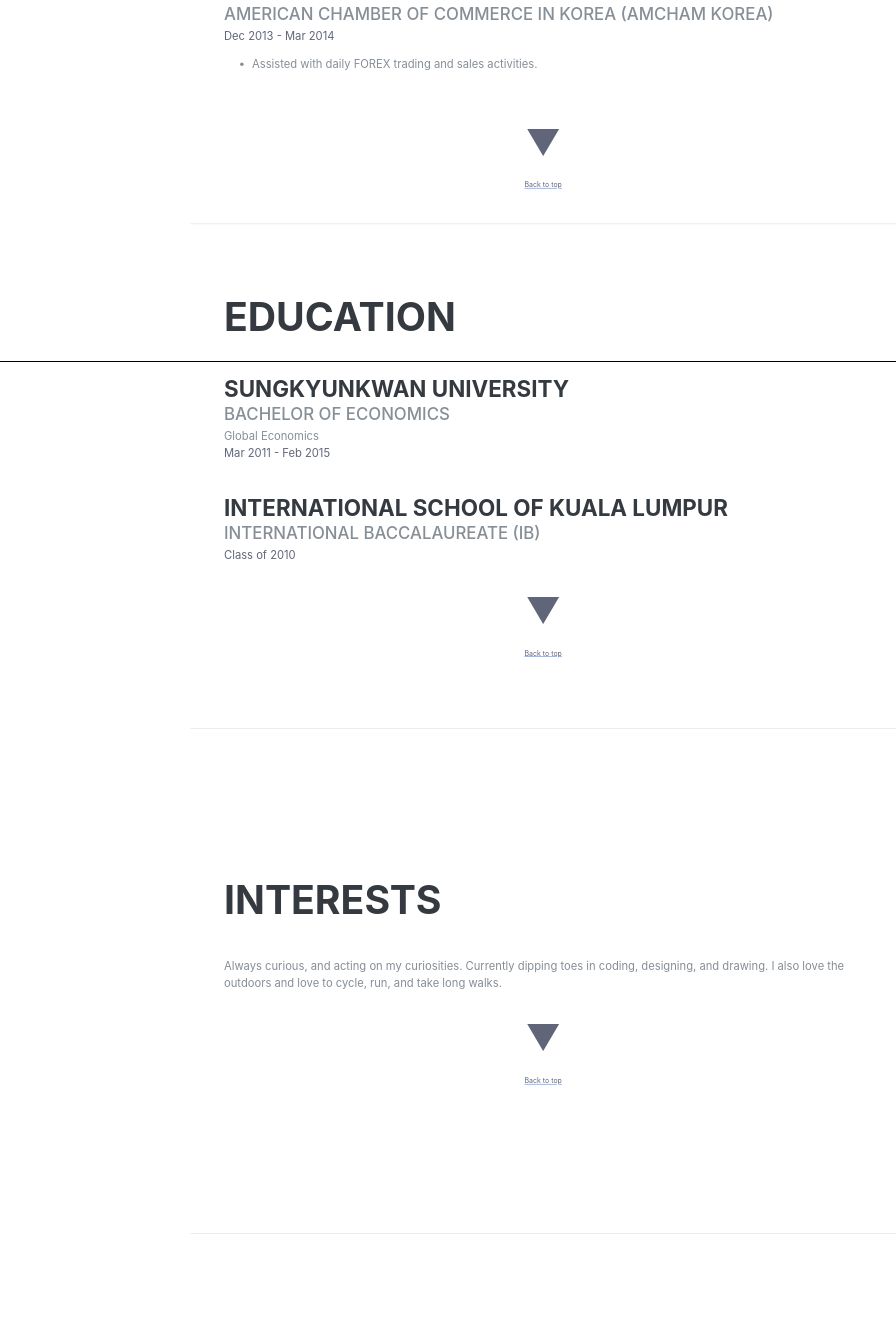
Repository: whitethugcat/whitethugcat.github.io
Page: class/resume-practice/yoojin-resume.html
The author's editor kept a record of every edit. The page is drawn from the files as they stood at one moment, then again after the next edit.
The browser window is 1280 px wide. The pictures show the part of the page from y = 2389 to 4309 px (the page is 4952 px tall before and 4932 px after), at 70% of full size.
Some web fonts or font styles are not loaded; a fallback is used.

Above is the page before.

### class/resume-practice/yoojin-resume.html
<!DOCTYPE html>
<html lang="en">

<head>

  <meta charset="utf-8">
  <meta name="viewport" content="width=device-width, initial-scale=1, shrink-to-fit=no">
  <meta name="description" content="">
  <meta name="author" content="">

  <title>Yoojin J&#129346;</title>

  <!-- Bootstrap core CSS -->
  <link href="vendor/bootstrap/css/bootstrap.css" rel="stylesheet">

  <!-- Custom fonts for this template -->
  <link href="https://fonts.googleapis.com/css?family=Saira+Extra+Condensed:500,700" rel="stylesheet">
  <link href="https://fonts.googleapis.com/css?family=Muli:400,400i,800,800i" rel="stylesheet">
  <link href="vendor/fontawesome-free/css/all.css" rel="stylesheet">

  <!-- Custom styles for this template -->
  <link href="css/resume.css" rel="stylesheet">

</head>

<body id="page-top">

  <nav class="navbar navbar-expand-lg navbar-dark bg-primary fixed-top" id="sideNav">
    <a class="navbar-brand js-scroll-trigger" href="#page-top">
      <span class="d-block d-lg-none">Yoojin Jeong &#129346;</span>
      <span class="d-none d-lg-block">
        <img class="img-fluid img-profile rounded-circle mx-auto mb-2" src="img/yj-profile.png" alt="">
      </span>
    </a>
    <button class="navbar-toggler" type="button" data-toggle="collapse" data-target="#navbarSupportedContent" aria-controls="navbarSupportedContent" aria-expanded="false" aria-label="Toggle navigation">
      <span class="navbar-toggler-icon"></span>
    </button>
    <div class="collapse navbar-collapse" id="navbarSupportedContent">
      <ul class="navbar-nav">
        <li class="nav-item">
          <a class="nav-link js-scroll-trigger" href="#about">About</a>
        </li>
        <li class="nav-item">
          <a class="nav-link js-scroll-trigger" href="#experience">Experience</a>
        </li>
        <li class="nav-item">
          <a class="nav-link js-scroll-trigger" href="#education">Education</a>
        </li>
        <li class="nav-item">
          <a class="nav-link js-scroll-trigger" href="#skills">Skills</a>
        </li>
        <li class="nav-item">
          <a class="nav-link js-scroll-trigger" href="#interests">Interests</a>
        </li>
        <li class="nav-item">
          <a class="nav-link js-scroll-trigger" href="#awards">Awards</a>
        </li>
      </ul>
    </div>
  </nav>

  <div class="container-fluid p-0">

    <section class="resume-section p-3 p-lg-5 d-flex align-items-center" id="about">
      <div class="w-100">
        <h1 class="mb-0">Yoojin
          <span class="text-primary">Jeong&#129346;</span>
        </h1>
        <div class="subheading mb-5">Seoul, South Korea · (+82) 010-8472-7769 ·
          <a href="mailto:name@email.com">yjjeong92@gmail.com</a>
        </div>
        <p class="lead mb-5">I am experienced in cooperating with teams of various sizes and forms. Professional experiences in digital advertising, B2B/B2C communication, digital marketing, and more.</p>
        <div class="social-icons">
          <a href="https://www.linkedin.com/in/yoojin-jeong-47a917101/" target="_blank">
            <i class="fab fa-linkedin-in"></i>
          </a>
          <a href="#" target="_blank">
            <i class="fab fa-github"></i>
          </a>
          <a href="https://www.twitter.com/whitethugcat" target="_blank">
            <i class="fab fa-twitter"></i>
          </a>
          <a href="#">
            <i class="fab fa-facebook-f"></i>
          </a>
        </div>
        <div class=downward-arrow>
          <a href="#experience">
          &#9660;</a>
        </div>
      </div>
    </section>

    <hr class="m-0">

    <section class="resume-section p-3 p-lg-5 d-flex justify-content-center" id="experience">
      <div class="w-100">
        <h2 class="mb-5">Experience</h2>


        <div class="resume-item d-flex flex-column flex-md-row justify-content-between mb-5">
          <div class="resume-content">
            <h3 class="mb-0">Client Account Manager </h3>
            <div class="subheading mb-3">Twitter Korea</div>
            <span class="text-primary">Sep 2019 - Present</span>
            <p><ul><li>Managing Twitter ad accounts for CPG F&B and Retail advertisers in Korea. Analyzing ad efficiency, seeking opportunities for win-win growth, communicating and collaborating with cross-functional teams on daily basis.</li></ul></p>
          </div>
          </div>

        <div class="resume-item d-flex flex-column flex-md-row justify-content-between mb-5">
          <div class="resume-content" id>
            <h3 class="mb-0">Selling Parter Support Associate</h3>
            <div class="subheading mb-3">Amazon Korea</div>
            <span class="text-primary">Aug 2017 - Aug 2019</span>
            <p>
            <ul>
            <li>Provided technical support for Korean sellers selling on Amazon NA and EU platform.</li>
            <li>Cooperated with various teams in order to resolve platform, promotion, payment, data processing, and account related issues.</li>
            <li>Ranked in the Top 5 in performance metrics (productivity, efficiency, work quality) for both 2017 and 2018 YTD.</li>
            <li>Picked as team mentor to ensure the quality of the team work output for 2 consecutive years.</li>
            <li>Completed the training program provided to prospective supervisors (only offered to 7 members of the team).</li>
            <li>Completed the selectively offered mentorship program and was picked to coach new hires on their training.</li>
          </ul>
          </p>
          </div>
          </div>

        <div class="resume-item d-flex flex-column flex-md-row justify-content-between mb-5">
          <div class="resume-content">
            <h3 class="mb-0">SDigital Marketing Intern</h3>
            <div class="subheading mb-3">Line Plus Corp.</div>
            <span class="text-primary">Aug 2016 - Feb 2017</span>
            <p>
            <ul>
            <li>In charge of digital marketing for B612 camera application.</li>
            <li>Took part in reaching the 300 million downloads milestone during the internship period.</li>
            <li>Monitored the relevant KPIs and Facebook advertisement data.</li>
            <li>Managed viral content production for Facebook marketing with external video producing companies.</li>
            <li>Managed legal and payment procedures, including writing contracts and communicating with relevant departments.</li>
          </ul>
          </p>
          </div>
          </div>

        <div class="resume-item d-flex flex-column flex-md-row justify-content-between mb-5">
          <div class="resume-content">
            <h3 class="mb-0">Marketing Communications</h3>
            <div class="subheading mb-3">OWiN Corp.</div>
            <span class="text-primary">Nov 2015 - Jul 2016</span>
            <p>
            <ul>
            <li>In charge of marketing for the connected-car IoT hardware and application.</li>
            <li>Took part in initiating partnership with domestic and overseas companies (e.g. Isracore Ltd., First Data Korea).</li>
            <li>Created and designed the initial official website www.owin.kr.</li>
            <li>Managed the official SNS, webpage, PR materials and other online content management.</li>
            <li>Managed B2B and B2C communication and marketing as well as OEM production with Chinese factories.</li>
          </ul>
          </p>
          </div>
          </div>


        <div class="resume-item d-flex flex-column flex-md-row justify-content-between mb-5">
          <div class="resume-content">
            <h3 class="mb-0">Treasury & Markets Intern</h3>
            <div class="subheading mb-3">DBS Bank</div>
            <span class="text-primary">Aug 2015 - Nov 2015</span>
            <p>
            <ul>
            <li>In charge of organizing the AMCHAM Inaugural Ball 2014.</li>
            <li>Managed sponsorship acquirement with hotels and airlines such as Korean Airlines and Hyatt Hotel.</li>
            <li>Managed event planning, including managing the menu, brochure, table settings, and musical numbers.</li>
            <li>Managed the promotion of sponsoring companies, including banner and online (flyer) promotion.</li>
          </ul>
          </p>
          </div>
          </div>

        <div class="resume-item d-flex flex-column flex-md-row justify-content-between mb-5">
          <div class="resume-content">
            <h3 class="mb-0">Marketing Event Planning Intern</h3>
            <div class="subheading mb-3">American Chamber of Commerce in Korea (AMCHAM Korea)</div>
            <span class="text-primary">Dec 2013 - Mar 2014</span>
            <p>
            <ul>
            <li>Assisted with daily FOREX trading and sales activities.</li>
            </ul>
            </p>

        </div>
        </div>
          <div class=downward-arrow>
          <a href="#education">
          &#9660;</a>
        </div>
          <div class=back-to-top>
          <a href="#page-top">
          Back to top</a></div>

    </section>

    <hr class="m-0">

    <section class="resume-section p-3 p-lg-5 d-flex align-items-center" id="education">
      <div class="w-100">
        <h2 class="mb-5">Education</h2>

        <div class="resume-item d-flex flex-column flex-md-row justify-content-between mb-5">
          <div class="resume-content">
            <h3 class="mb-0">SungkyunKwan University</h3>
            <div class="subheading mb-3">Bachelor of Economics</div>
            <div>Global Economics</div>
            <span class="text-primary">Mar 2011 - Feb 2015</span>
          </div>
        </div>

        <div class="resume-item d-flex flex-column flex-md-row justify-content-between">
          <div class="resume-content">
            <h3 class="mb-0">International School of Kuala Lumpur</h3>
            <div class="subheading mb-3">International Baccalaureate (IB)</div>
            <span class="text-primary">Class of 2010</span>
          </div>
        </div>
          <div class=downward-arrow>
          <a href="#interests">
          &#9660;</a>
        </div>
          <div class=back-to-top>
          <a href="#page-top">
          Back to top</a>
        </div>
      </div>
    </section>

    <!--<hr class="m-0">-->

    <!--<section class="resume-section p-3 p-lg-5 d-flex align-items-center" id="skills">-->
    <!--  <div class="w-100">-->
    <!--    <h2 class="mb-5">Skills</h2>-->

    <!--    <div class="subheading mb-3">Skills &amp; Tools</div>-->
    <!--    <ul class="list-inline dev-icons">-->
    <!--      <li class="list-inline-item">-->
    <!--        <i class="fab fa-apple"></i>-->
    <!--      </li>-->
    <!--      <li class="list-inline-item">-->
    <!--        <i class="fab fa-adobe"></i>-->
    <!--      </li>-->
    <!--      <li class="list-inline-item">-->
    <!--        <i class="fab fa-presentation"></i>-->
    <!--      </li>-->
    <!--      <li class="list-inline-item">-->
    <!--        <i class="fab fa-sass"></i>-->
    <!--      </li>-->
    <!--      <li class="list-inline-item">-->
    <!--        <i class="fab fa-less"></i>-->
    <!--      </li>-->
    <!--      <li class="list-inline-item">-->
    <!--        <i class="fab fa-wordpress"></i>-->
    <!--      </li>-->
    <!--      <li class="list-inline-item">-->
    <!--        <i class="fab fa-gulp"></i>-->
    <!--      </li>-->
    <!--      <li class="list-inline-item">-->
    <!--        <i class="fab fa-grunt"></i>-->
    <!--      </li>-->
    <!--      <li class="list-inline-item">-->
    <!--        <i class="fab fa-npm"></i>-->
    <!--      </li>-->
    <!--    </ul>-->

    <!--    <div class="subheading mb-3">Workflow</div>-->
    <!--    <ul class="fa-ul mb-0">-->
    <!--      <li>-->
    <!--        <i class="fa-li fa fa-check"></i>-->
    <!--        Mobile-First, Responsive Design</li>-->
    <!--      <li>-->
    <!--        <i class="fa-li fa fa-check"></i>-->
    <!--        Cross Browser Testing &amp; Debugging</li>-->
    <!--      <li>-->
    <!--        <i class="fa-li fa fa-check"></i>-->
    <!--        Cross Functional Teams</li>-->
    <!--      <li>-->
    <!--        <i class="fa-li fa fa-check"></i>-->
    <!--        Agile Development &amp; Scrum</li>-->
    <!--    </ul>-->
    <!--      <div class=downward-arrow>-->
    <!--      <a href="#interests">-->
    <!--      &#9660;</a>-->
    <!--    </div>-->
    <!--      <div class=back-to-top>-->
    <!--      <a href="#page-top">-->
    <!--      Back to top</a>-->
    <!--    </div>-->
    <!--  </div>-->
    <!--</section>-->

    <hr class="m-0">

    <section class="resume-section p-3 p-lg-5 d-flex align-items-center" id="interests">
      <div class="w-100">
        <h2 class="mb-5">Interests</h2>
        <p>Always curious, and acting on my curiosities. Currently dipping toes in coding, designing, and drawing. I also love the outdoors and love to cycle, run, and take long walks.
          <div class=downward-arrow>
          <a href="#awards">
          &#9660;</a>
        </div>
          <div class=back-to-top>
          <a href="#page-top">
          Back to top</a>
        </div>
      </div>
    </section>

    <hr class="m-0">

    <section class="resume-section p-3 p-lg-5 d-flex align-items-center" id="awards">
      <div class="w-100">
        <h2 class="mb-5">And others...</h2>
        <ul class="fa-ul mb-0">
          <li>
            <i class="fa-li fa fa-trophy text-warning"></i>
            Fully bilingual in English and Korean (business proficiency in both languages).</li>
          <li>
            <i class="fa-li fa fa-trophy text-warning"></i>
            Have resided in Turkey, Malaysia, and Mexico prior to Korea.</li>
            <li>
            <i class="fa-li fa fa-trophy text-warning"></i>
            Effective communicator and collaborator.</li>
          </ul>
          </div>
          </div>
          <div class=back-to-top>
          <a href="#page-top">
          Back to top</a>
          <br><br>
          </div>
      </div>
    </section>

  </div>

  <!-- Bootstrap core JavaScript -->
  <script src="vendor/jquery/jquery.js"></script>
  <script src="vendor/bootstrap/js/bootstrap.bundle.js"></script>

  <!-- Plugin JavaScript -->
  <script src="vendor/jquery-easing/jquery.easing.s"></script>

  <!-- Custom scripts for this template -->
  <script src="js/resume.js"></script>

</body>

</html>

### class/resume-practice/css/resume.css
/*!
 * Start Bootstrap - Resume v5.0.8 (https://startbootstrap.com/template-overviews/resume)
 * Copyright 2013-2019 Start Bootstrap
 * Licensed under MIT (https://github.com/BlackrockDigital/startbootstrap-resume/blob/master/LICENSE)
 */

body {
  font-family: 'Muli', -apple-system, BlinkMacSystemFont, 'Segoe UI', Roboto, 'Helvetica Neue', Arial, sans-serif, 'Apple Color Emoji', 'Segoe UI Emoji', 'Segoe UI Symbol', 'Noto Color Emoji';
  padding-top: 52px;
  color: #868e96;
}

@media (min-width: 992px) {
  body {
    padding-top: 0;
    padding-left: 17rem;
  }
}

h1,
h2,
h3,
h4,
h5,
h6 {
  font-family: 'Saira Extra Condensed', -apple-system, BlinkMacSystemFont, 'Segoe UI', Roboto, 'Helvetica Neue', Arial, sans-serif, 'Apple Color Emoji', 'Segoe UI Emoji', 'Segoe UI Symbol', 'Noto Color Emoji';
  font-weight: 700;
  text-transform: uppercase;
  color: #343a40;
}

h1 {
  font-size: 6rem;
  line-height: 5.5rem;
}

h2 {
  font-size: 3.5rem;
}

h3 {
  font-size: 2rem;
}

p.lead {
  font-size: 1.15rem;
  font-weight: 400;
}

.subheading {
  text-transform: uppercase;
  font-weight: 500;
  font-family: 'Saira Extra Condensed', -apple-system, BlinkMacSystemFont, 'Segoe UI', Roboto, 'Helvetica Neue', Arial, sans-serif, 'Apple Color Emoji', 'Segoe UI Emoji', 'Segoe UI Symbol', 'Noto Color Emoji';
  font-size: 1.5rem;
}

.social-icons a {
  display: inline-block;
  height: 3.5rem;
  width: 3.5rem;
  background-color: #495057;
  color: #fff !important;
  border-radius: 100%;
  text-align: center;
  font-size: 1.5rem;
  line-height: 3.5rem;
  margin-right: 1rem;
}

.social-icons a:last-child {
  margin-right: 0;
}

.social-icons a:hover {
  background-color: #BD5D38;
}

.dev-icons {
  font-size: 3rem;
}

.dev-icons .list-inline-item i:hover {
  color: #BD5D38;
}

#sideNav .navbar-nav .nav-item .nav-link {
  font-weight: 800;
  letter-spacing: 0.05rem;
  text-transform: uppercase;
}

#sideNav .navbar-toggler:focus {
  outline-color: #d48a6e;
}

@media (min-width: 992px) {
  #sideNav {
    text-align: center;
    position: fixed;
    top: 0;
    left: 0;
    display: flex;
    flex-direction: column;
    width: 17rem;
    height: 100vh;
  }
  #sideNav .navbar-brand {
    display: flex;
    margin: auto auto 0;
    padding: 0.5rem;
  }
  #sideNav .navbar-brand .img-profile {
    max-width: 10rem;
    max-height: 10rem;
    border: 0.5rem solid rgba(255, 255, 255, 0.2);
  }
  #sideNav .navbar-collapse {
    display: flex;
    align-items: flex-start;
    flex-grow: 0;
    width: 100%;
    margin-bottom: auto;
  }
  #sideNav .navbar-collapse .navbar-nav {
    flex-direction: column;
    width: 100%;
  }
  #sideNav .navbar-collapse .navbar-nav .nav-item {
    display: block;
  }
  #sideNav .navbar-collapse .navbar-nav .nav-item .nav-link {
    display: block;
  }
}

section.resume-section {
  padding-top: 5rem !important;
  padding-bottom: 5rem !important;
  max-width: 75rem;
}

section.resume-section .resume-item .resume-date {
  min-width: none;
}

@media (min-width: 768px) {
  section.resume-section {
    min-height: 100vh;
  }
  section.resume-section .resume-item .resume-date {
    min-width: 18rem;
  }
}

@media (min-width: 992px) {
  section.resume-section {
    padding-top: 3rem !important;
    padding-bottom: 3rem !important;
  }
}

.bg-primary {
  background-color: #61657a !important;
}

.text-primary {
  color: #61657a !important;
}

a {
  color: #61657a;
}

a:hover, a:focus, a:active {
  color: #824027;
}

.downward-arrow{
  vertical-align: bottom;
  text-align: center;
  font-size: 50px;
  text-shadow: 3px 2px grey .5;
  margin-bottom: -30px;
  margin-top: 30px;
}

.back-to-top{
  margin-top: 5%;
  color: #699aff;
  vertical-align: bottom;
  text-align: center;
  font-size: 10px;
  text-decoration: underline;
}

### class/resume-practice/js/resume.js
(function($) {
  "use strict"; // Start of use strict

  // Smooth scrolling using jQuery easing
  $('a.js-scroll-trigger[href*="#"]:not([href="#"])').click(function() {
    if (location.pathname.replace(/^\//, '') == this.pathname.replace(/^\//, '') && location.hostname == this.hostname) {
      var target = $(this.hash);
      target = target.length ? target : $('[name=' + this.hash.slice(1) + ']');
      if (target.length) {
        $('html, body').animate({
          scrollTop: (target.offset().top)
        }, 1000, "easeInOutExpo");
        return false;
      }
    }
  });

  // Closes responsive menu when a scroll trigger link is clicked
  $('.js-scroll-trigger').click(function() {
    $('.navbar-collapse').collapse('hide');
  });

  // Activate scrollspy to add active class to navbar items on scroll
  $('body').scrollspy({
    target: '#sideNav'
  });

})(jQuery); // End of use strict

Loaded but not shown: class/resume-practice/vendor/bootstrap/css/bootstrap.css (library); class/resume-practice/vendor/fontawesome-free/css/all.css (library); class/resume-practice/vendor/jquery/jquery.js (library); class/resume-practice/vendor/bootstrap/js/bootstrap.bundle.js (library)

After the next edit:
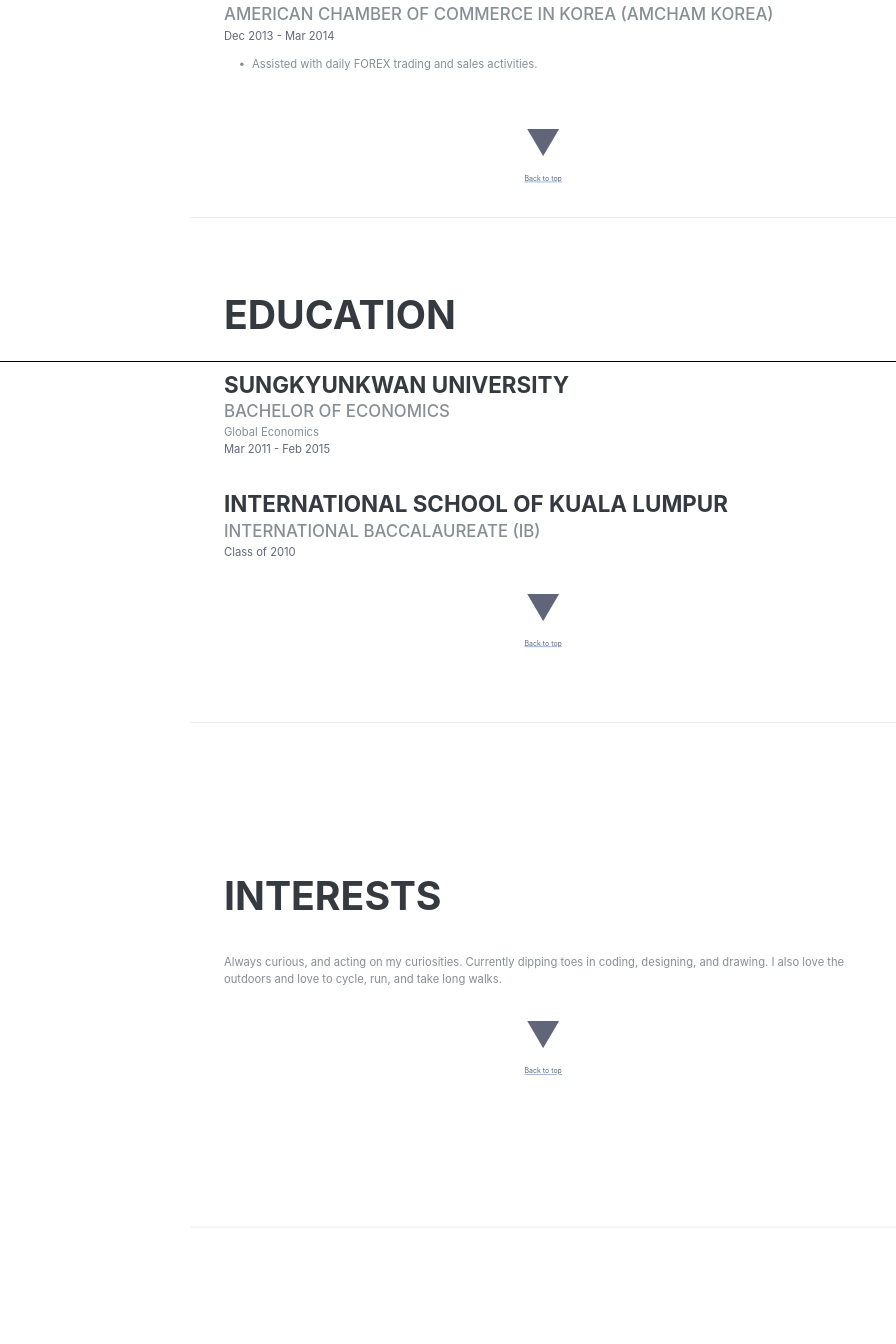
The edit:
--- a/class/resume-practice/css/resume.css
+++ b/class/resume-practice/css/resume.css
@@ -185,7 +185,7 @@
 }
 
 .back-to-top{
-  margin-top: 5%;
+  margin-top: 4%;
   color: #699aff;
   vertical-align: bottom;
   text-align: center;
